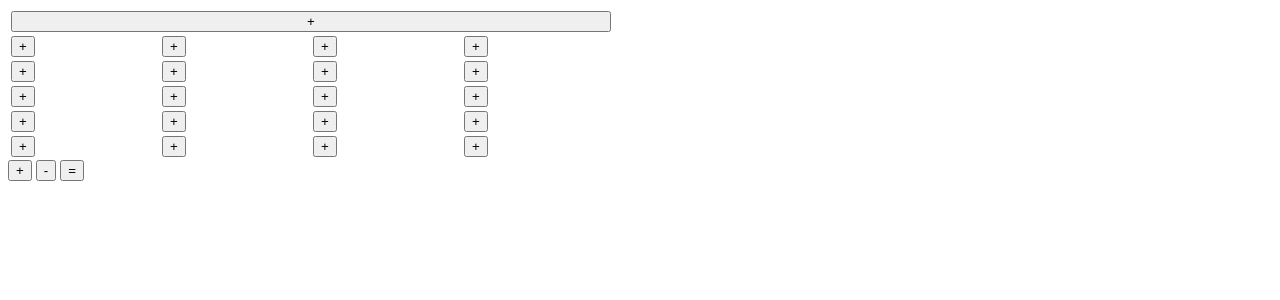
Repository: Dabee-ee/JAVA-lesson2
Page: Personal/JSPPrj/WebContent/calc3.html
The author's editor kept a copy of each file at every save. The page is drawn from the files as they stood at one save, then again after the next save.
The browser window is 1280 px wide. The pictures show the whole page.

Above is the page before, as saved 2021-03-13 06:25:29.

### Personal/JSPPrj/WebContent/calc3.html
<!DOCTYPE html>
<html>
<head>
<meta charset="UTF-8">
<title>Insert title here</title>
</head>
<body>
	<div>
		<form action="calc3" method="post">

			<table>
				<tr>
					<td colspan="4"><input type="submit"  style="WIDTH: 600px" name="operator" value="+" /></td>
				</tr>
								<tr>
					<td><input type="submit" name="operator" value="+" /></td>
					<td><input type="submit" name="operator" value="+" /></td>
					<td><input type="submit" name="operator" value="+" /></td>
					<td><input type="submit" name="operator" value="+" /></td>
				</tr>
								<tr>
					<td><input type="submit" name="operator" value="+" /></td>
					<td><input type="submit" name="operator" value="+" /></td>
					<td><input type="submit" name="operator" value="+" /></td>
					<td><input type="submit" name="operator" value="+" /></td>
				</tr>
								<tr>
					<td><input type="submit" name="operator" value="+" /></td>
					<td><input type="submit" name="operator" value="+" /></td>
					<td><input type="submit" name="operator" value="+" /></td>
					<td><input type="submit" name="operator" value="+" /></td>
				</tr>
								<tr>
					<td><input type="submit" name="operator" value="+" /></td>
					<td><input type="submit" name="operator" value="+" /></td>
					<td><input type="submit" name="operator" value="+" /></td>
					<td><input type="submit" name="operator" value="+" /></td>
				</tr>
								<tr>
					<td><input type="submit" name="operator" value="+" /></td>
					<td><input type="submit" name="operator" value="+" /></td>
					<td><input type="submit" name="operator" value="+" /></td>
					<td><input type="submit" name="operator" value="+" /></td>
				</tr>



			</table>

			<div>
			<input type="submit" name="operator" value="+" />
			<input type="submit" name="operator" value="-" />
			<input type="submit" name="operator" value="=" />
			</div>

		</form>
	</div>
</body>
</html>

After the next save:
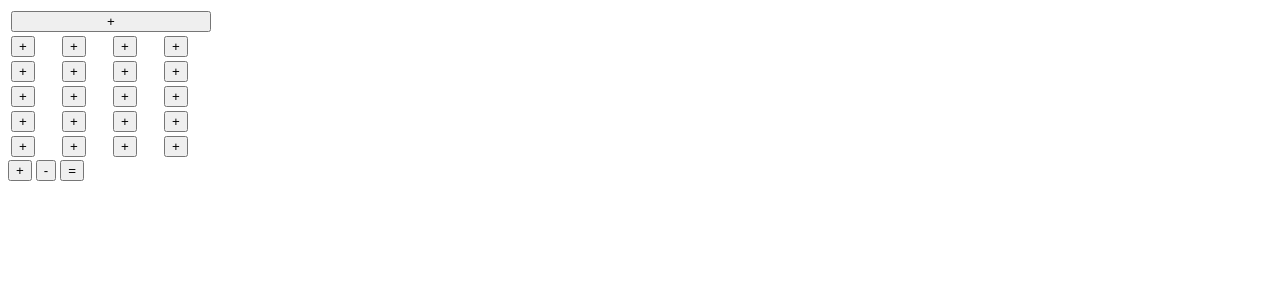
Saved 17 s later.
--- a/Personal/JSPPrj/WebContent/calc3.html
+++ b/Personal/JSPPrj/WebContent/calc3.html
@@ -10,7 +10,7 @@
 
 			<table>
 				<tr>
-					<td colspan="4"><input type="submit"  style="WIDTH: 600px" name="operator" value="+" /></td>
+					<td colspan="4"><input type="submit"  style="WIDTH: 200px" name="operator" value="+" /></td>
 				</tr>
 								<tr>
 					<td><input type="submit" name="operator" value="+" /></td>
